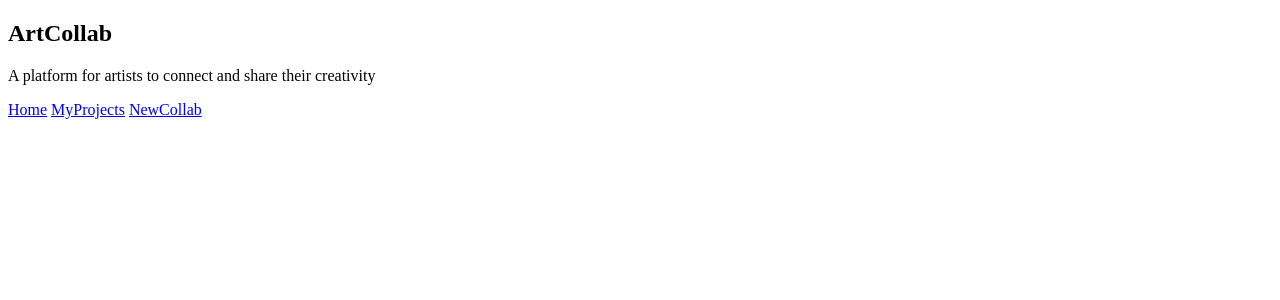
Repository: jeevanReddyP/ArtCollab_App
Page: dashboard.html
These files come from the project's save history. The page is drawn as it stood at one moment and after a run of saves; the edit follows.
The browser window is 1280 px wide. The pictures show the whole page.

Above is the page before, as saved 2025-06-12 18:09:19.

After the next 5 saves:
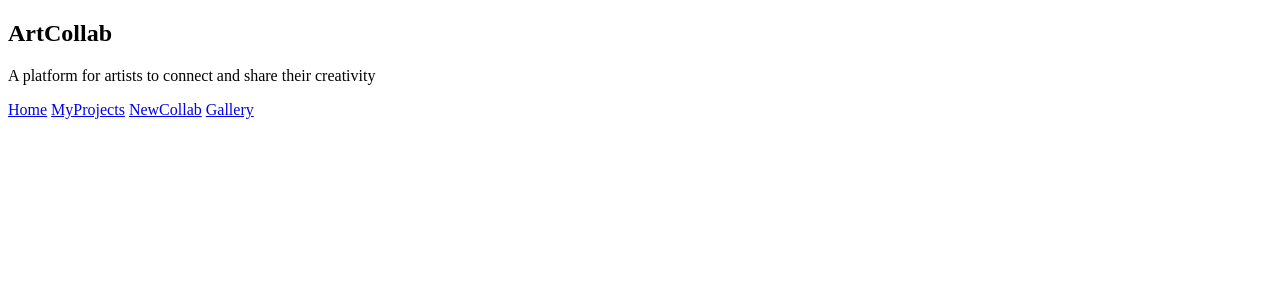
The 5 saves are shown as one change because they came seconds apart.
The last was saved 13 s later.
--- a/dashboard.html
+++ b/dashboard.html
@@ -13,6 +13,7 @@
             <a href="dashboard.html">Home</a>
             <a href="projects.html">MyProjects</a>
             <a href="collab.html">NewCollab</a>
+            <a href="gallery.html">Gallery</a>
             <a href=""></a>
             </div>
     </div>
